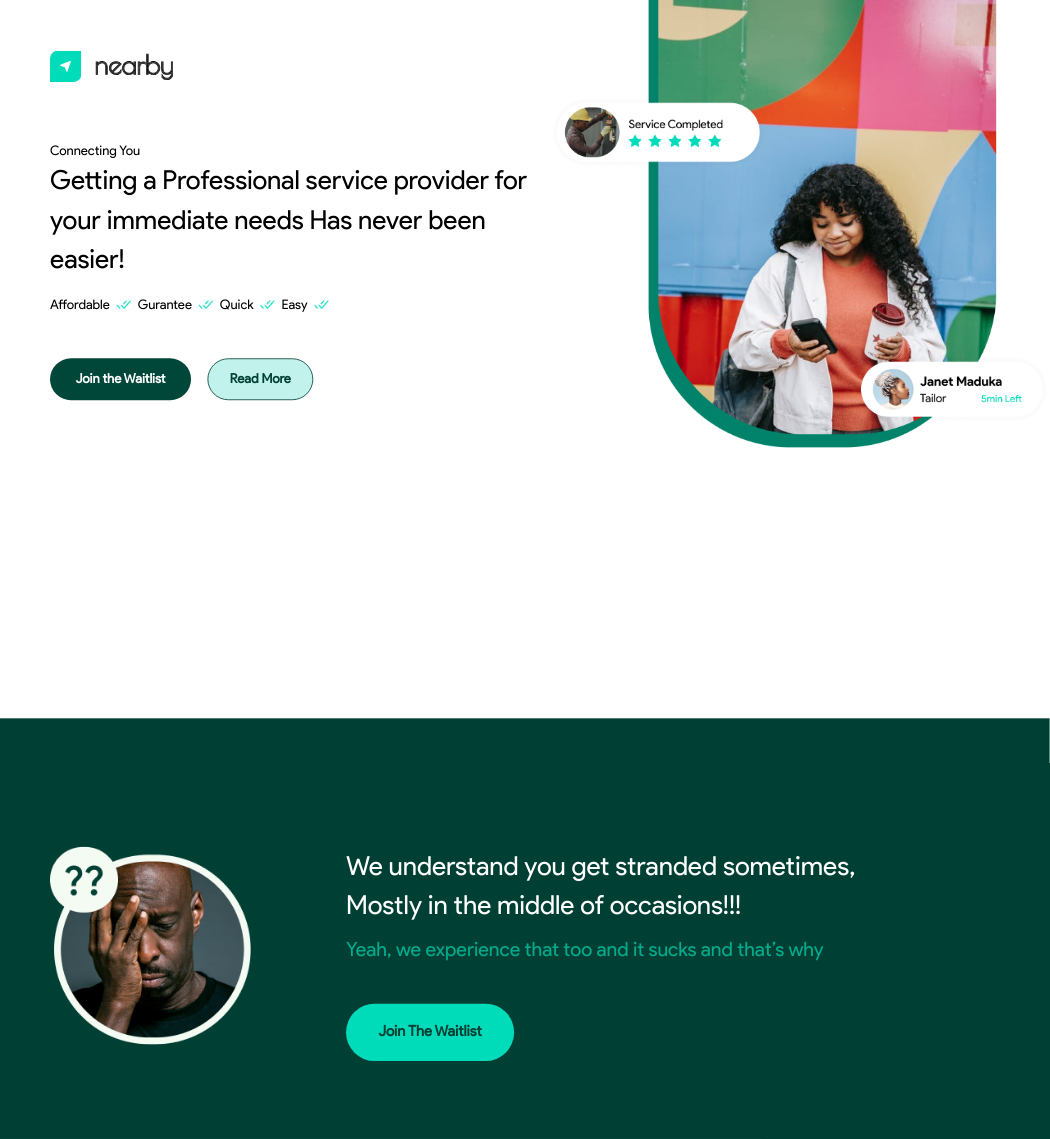
Repository: Eugene44-hub/Mearby
Page: /
An editor plug-in stored every save of this project. The page is shown before and after the next save, followed by the edit.
The browser window is 1280 px wide. The pictures show the whole page, at 82% of full size.
The project was rebuilt for these pictures with package versions that can differ from the ones it lists, and the page was loaded fresh each time.

Above is the page before, as saved 2022-04-30 07:26:25.

After the next save:
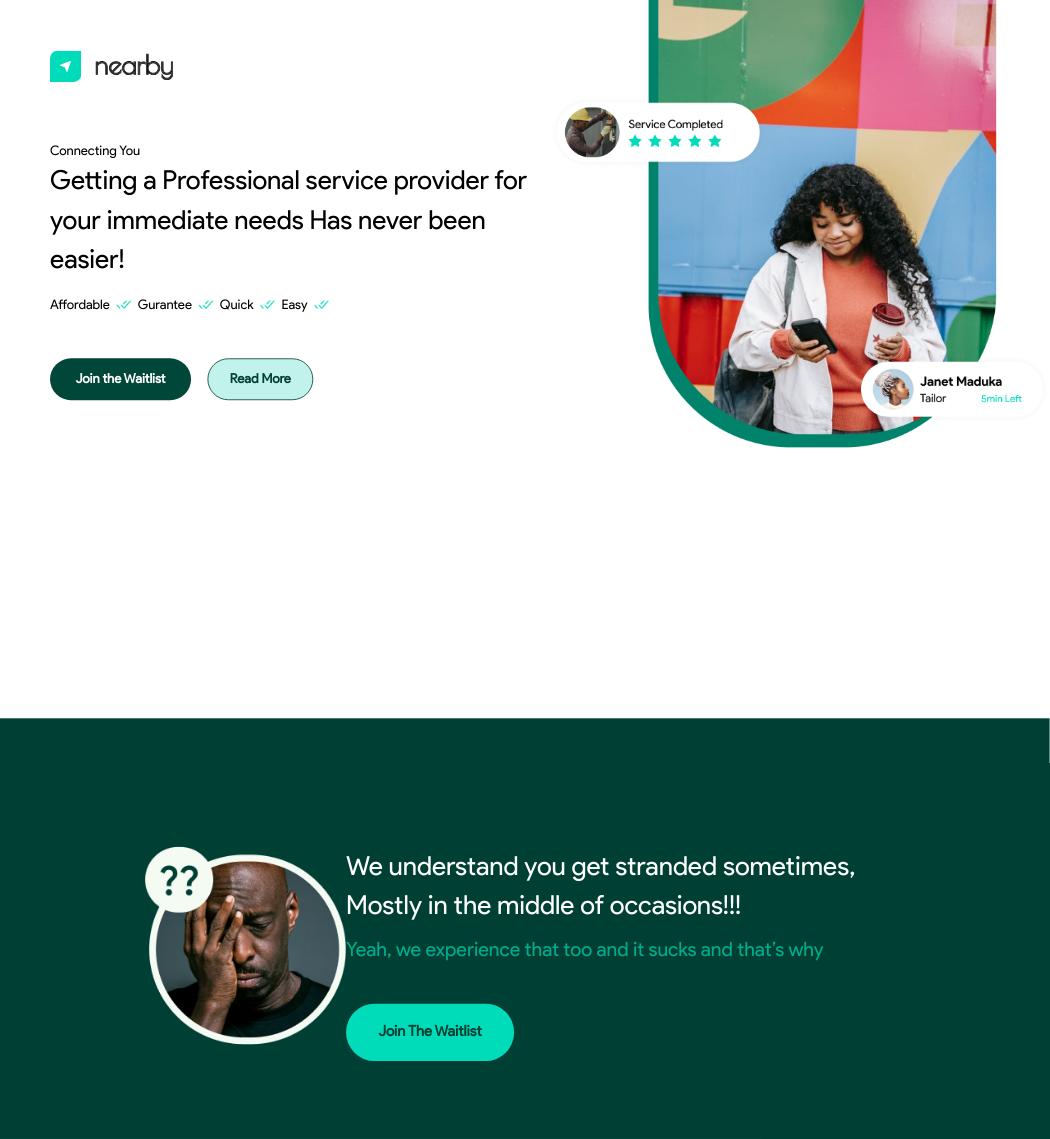
Saved 81 s later.
--- a/src/components/understand/Understand.tsx
+++ b/src/components/understand/Understand.tsx
@@ -12,7 +12,7 @@
 
 </div>
 
-<div className='md:w-[60%] mx-auto '>
+<div className='md:w-[60%] '>
 <div>
 <p className='text-[2rem] text-white'>
 We understand you get stranded sometimes, Mostly in the middle of occasions!!!

After the save that followed:
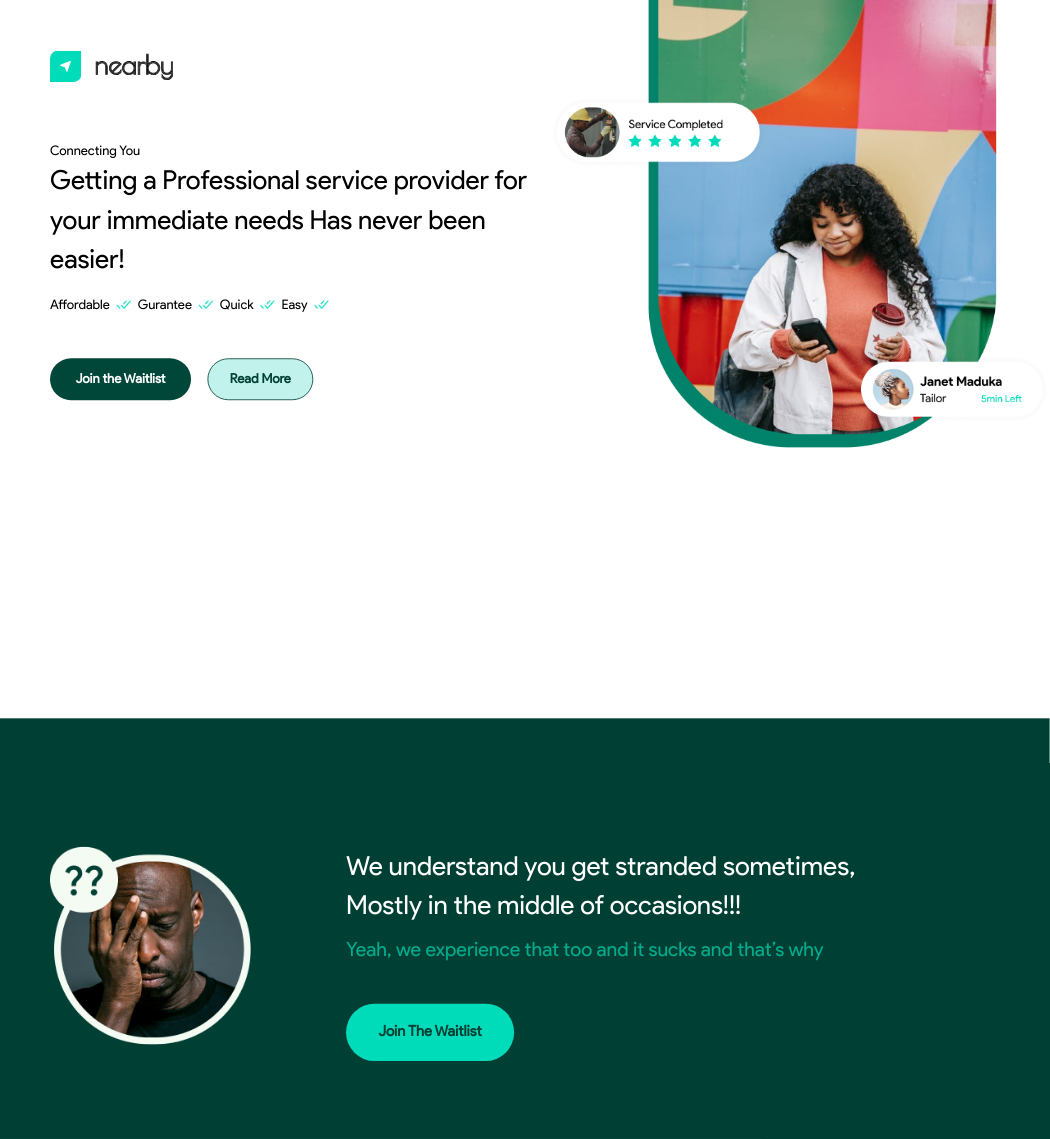
Saved 9 s later.
--- a/src/components/understand/Understand.tsx
+++ b/src/components/understand/Understand.tsx
@@ -12,7 +12,7 @@
 
 </div>
 
-<div className='md:w-[60%] '>
+<div className='md:w-[60%] mx-auto '>
 <div>
 <p className='text-[2rem] text-white'>
 We understand you get stranded sometimes, Mostly in the middle of occasions!!!
